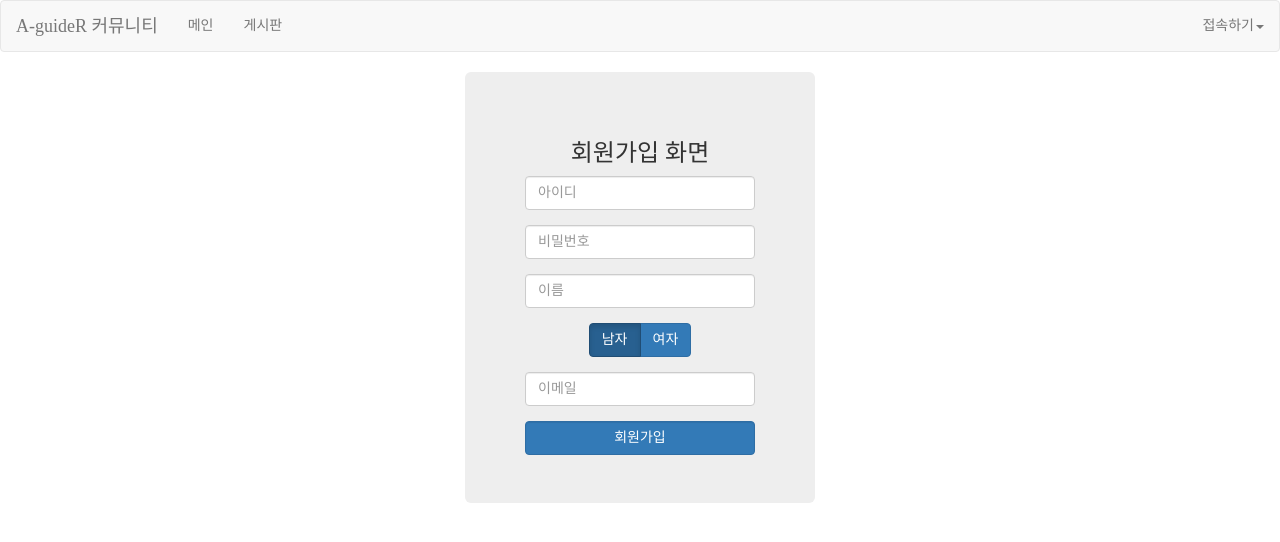
Repository: endol007/TripPuzzle
Page: http://localhost/BBS/join.jsp
These files come from the project's save history. The page is drawn as it stood at one moment and after the next save; the edit follows.
The browser window is 1280 px wide. The pictures show the whole page.
Some web fonts or font styles are not loaded; a fallback is used. Some web libraries are served in a nearby version. The page is served by Tomcat 9.

Above is the page before, as saved 2019-08-21 15:22:15.

After the next save:
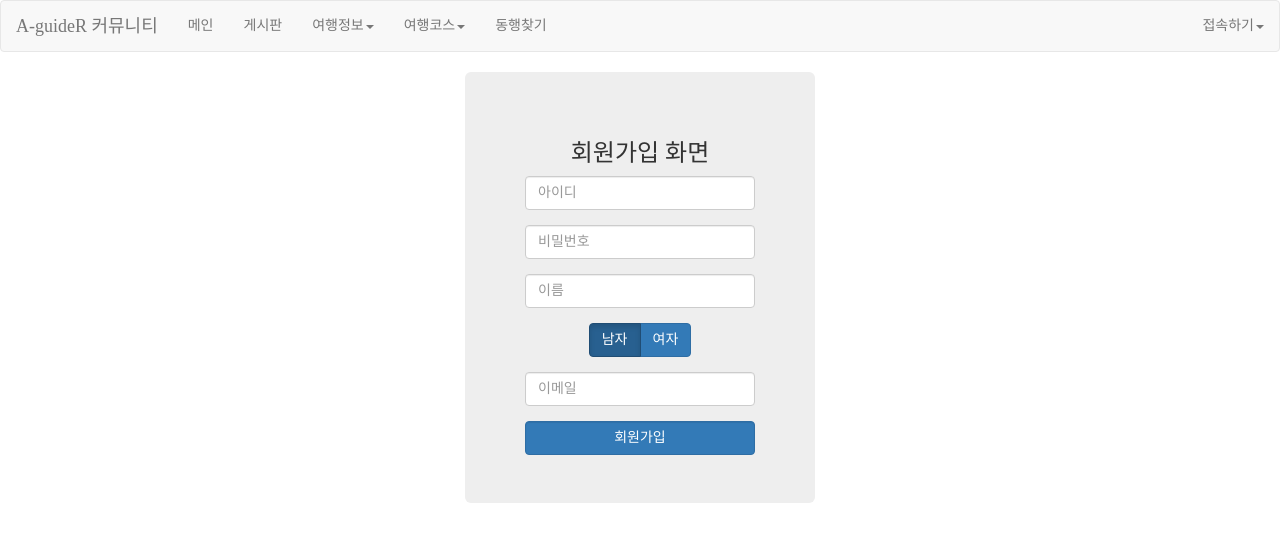
Saved 11 s later.
--- a/Yun/JSP 커뮤니티/Project/BBS/WebContent/join.jsp
+++ b/Yun/JSP 커뮤니티/Project/BBS/WebContent/join.jsp
@@ -25,6 +25,25 @@
 <ul class="nav navbar-nav">
 <li><a href="main.jsp">메인</a></li>
 <li><a href="bbs.jsp">게시판</a></li>
+<li class="dropdown">
+<a href="#" class="dropdown-toggle"
+data-toggle="dropdown" role="button" aria-haspopup="true"
+aria-expanded="false">여행정보<span class="caret"></span></a>
+<ul class="dropdown-menu">
+<li><a href="inforestaurant.jsp">맛집추천</a></li>
+<li><a href="infoattraction.jsp">명소추천</a></li>
+</ul>
+</li>
+<li class="dropdown">
+<a href="#" class="dropdown-toggle"
+data-toggle="dropdown" role="button" aria-haspopup="true"
+aria-expanded="false">여행코스<span class="caret"></span></a>
+<ul class="dropdown-menu">
+<li><a href="domesticcorse.jsp">국내여행코스추천</a></li>
+<li><a href="abroadcorse.jsp">해외여행코스추천</a></li>
+</ul>
+</li>
+<li><a href="findfriend.jsp">동행찾기</a></li>
 </ul>
 <ul class="nav navbar-nav navbar-right">
 <li class="dropdown">
